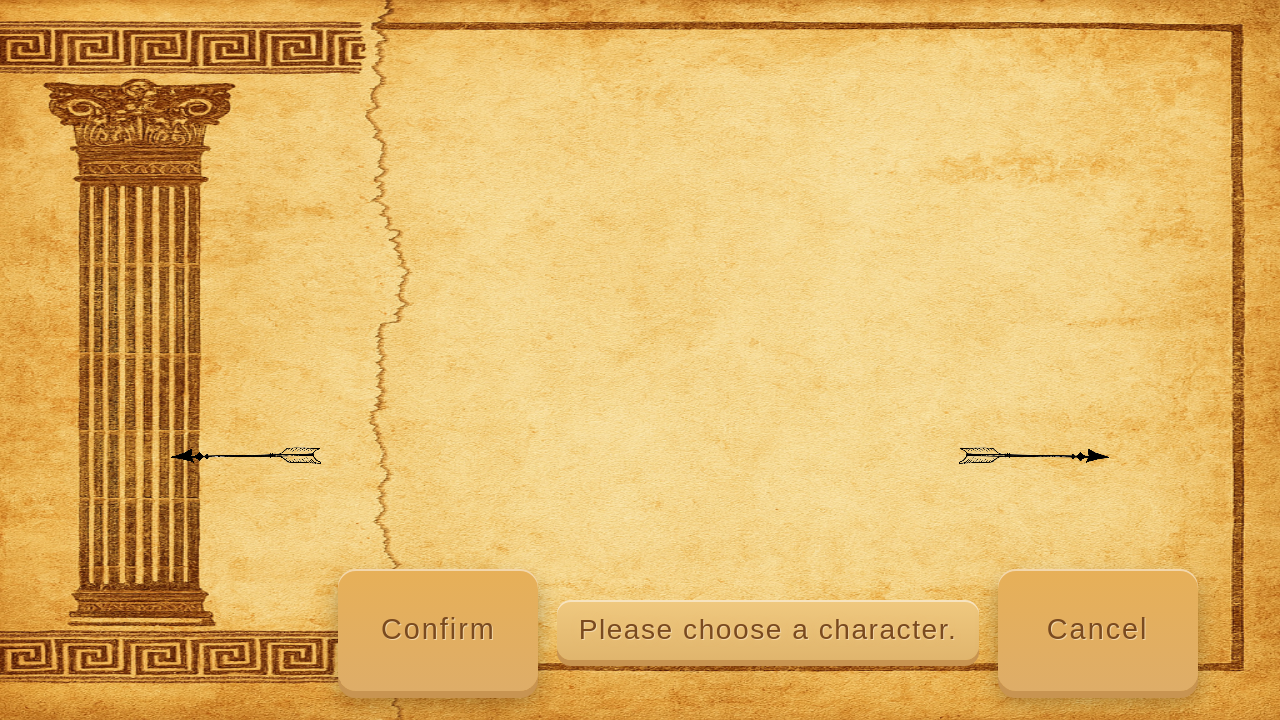
Repository: brianabariteau/Web-1-Final-Project-2025
Page: features/character-selection/character-selection.html
An editor plug-in stored every save of this project. The page is shown before and after the next save, followed by the edit.
The browser window is 1280 px wide. The pictures show the whole page.
The page's requests for data from a server got no answer. Some web fonts or font styles are not loaded; a fallback is used.

Above is the page before, as saved 2025-12-21 23:51:55.

After the next save:
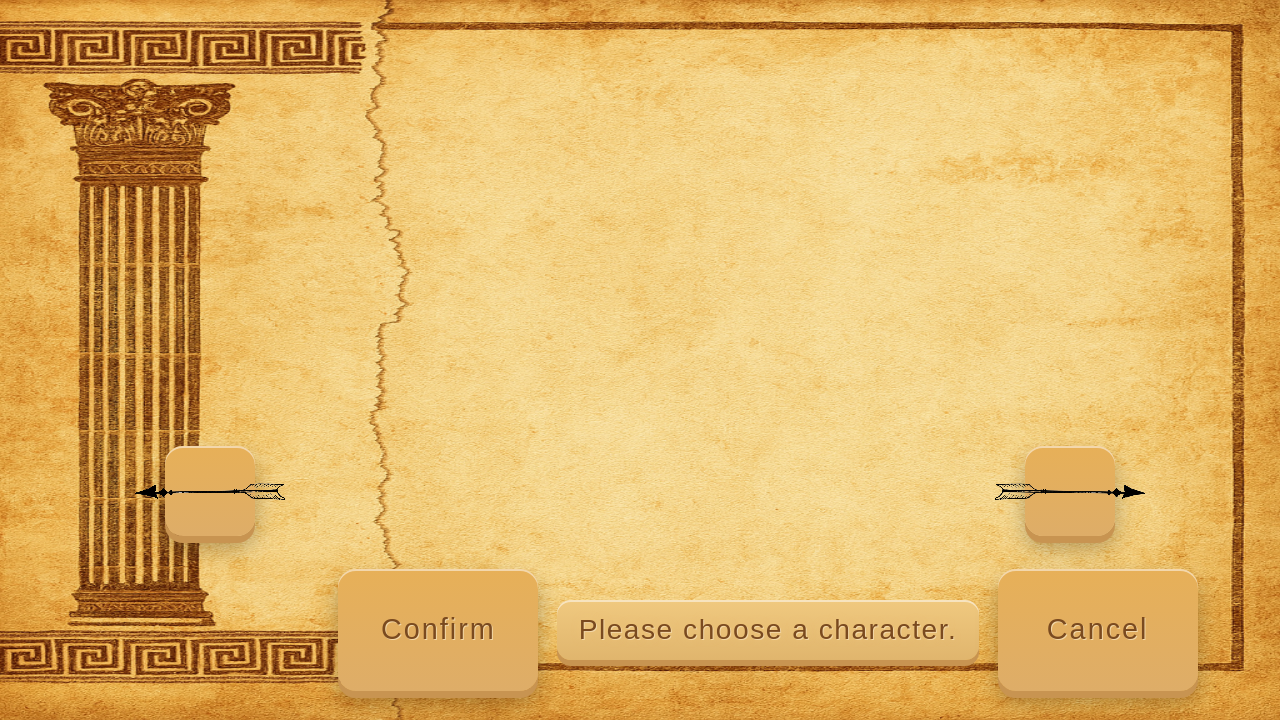
Saved 31 s later.
--- a/features/character-selection/character-selection.css
+++ b/features/character-selection/character-selection.css
@@ -113,24 +113,28 @@ body {
   gap: 8rem;
 }
 
+/* =========================
+   ARROW BUTTON BASE
+========================= */
 .left-arrow,
 .right-arrow {
-  background: none;
+  width: 90px;
+  height: 90px;
+
+  background: linear-gradient(to bottom, #e7b058, #dead68);
+  border-radius: 18px;
   border: none;
+
+  display: flex;
+  align-items: center;
+  justify-content: center;
+
   cursor: pointer;
 
-  transition: transform 0.15s ease, filter 0.15s ease;
-}
-
-.left-arrow:hover,
-.right-arrow:hover {
-  transform: scale(1.1);
-  filter: drop-shadow(0 0 10px rgba(255, 200, 120, 0.6));
-}
-
-.left-arrow:active,
-.right-arrow:active {
-  transform: scale(1.05) translateY(2px);
+  box-shadow: inset 0 2px 0 rgba(255, 255, 255, 0.5), 0 7px 0 #c89451,
+    0 12px 22px rgba(0, 0, 0, 0.25);
+
+  transition: transform 0.15s ease, box-shadow 0.15s ease, filter 0.15s ease;
 }
 
 .arrowImg {
